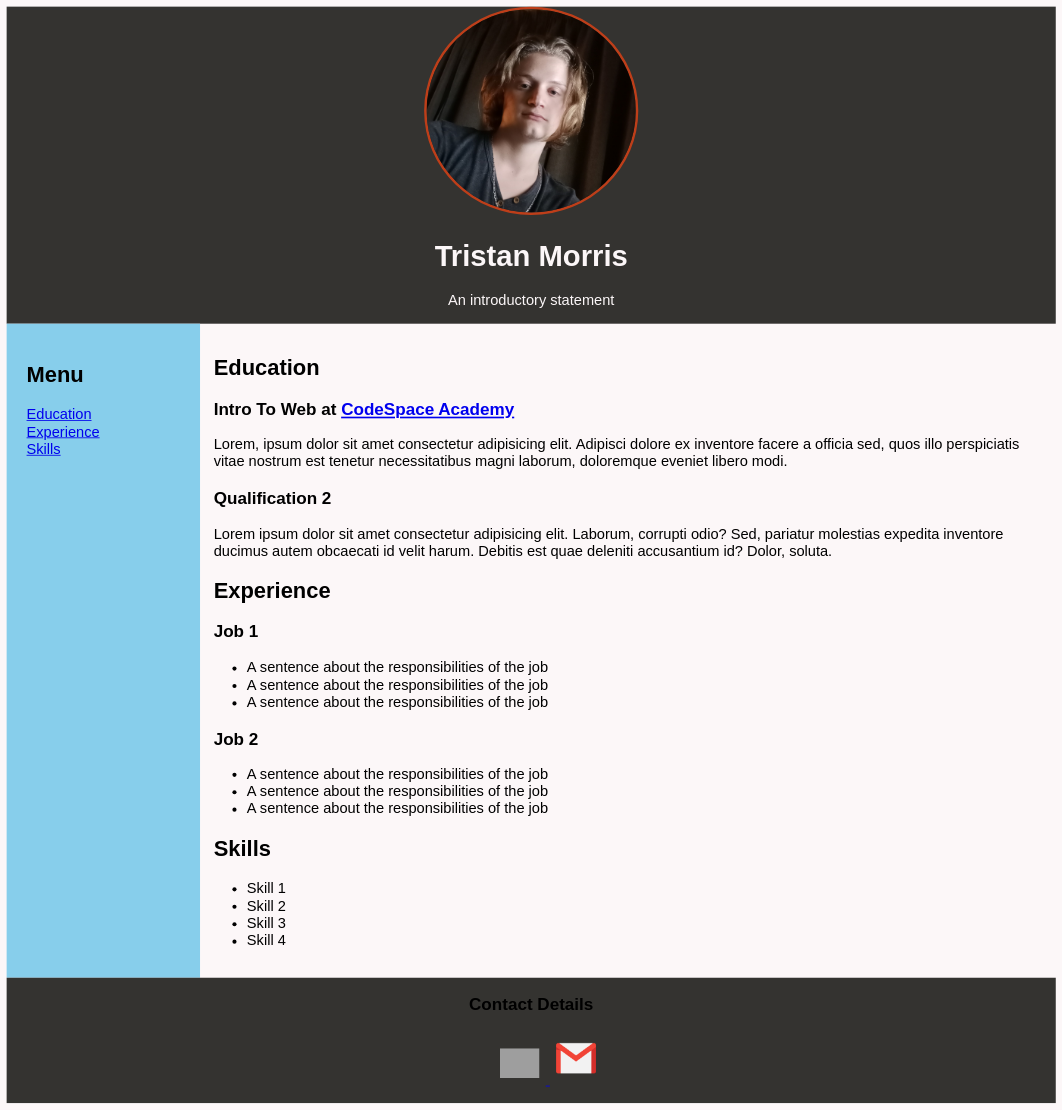
Repository: TristanKMorris/introToWebDesignAssignment
Page: resume1.html
An editor plug-in stored every save of this project. The page is shown before and after the next save, followed by the edit.
The browser window is 1280 px wide. The pictures show the whole page, at 83% of full size.
Pictures or frames that could not be fetched are drawn as grey boxes.

Above is the page before, as saved 2022-06-02 21:06:50.

After the next save:
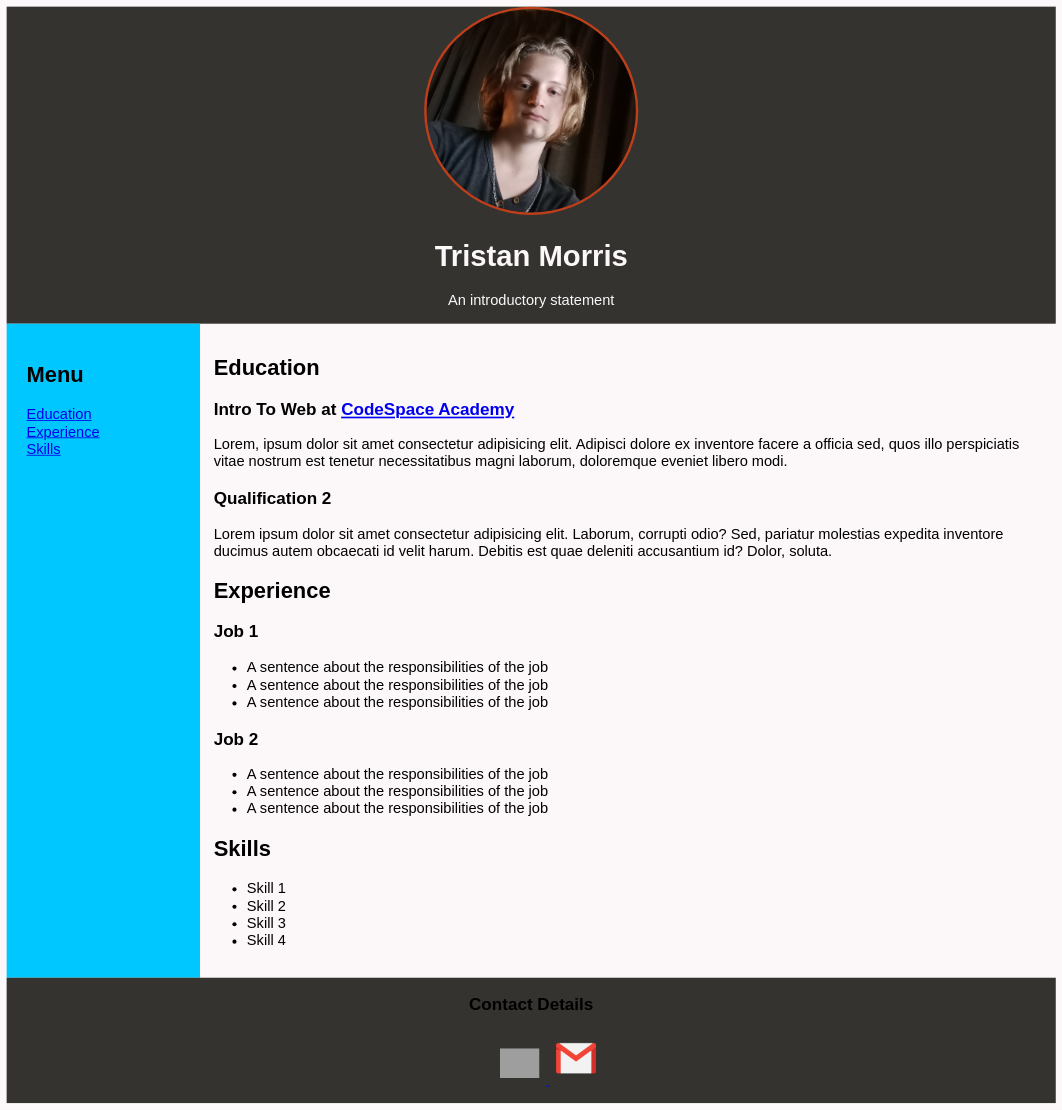
Saved 94 s later.
--- a/css/stylesheet.css
+++ b/css/stylesheet.css
@@ -36,7 +36,7 @@
 }
 #sidebar{
   width: 25%;
-  background-color: skyblue;
+  background-color: #00c7ff;
   padding: 1.5rem;
   color: black;
 }

After the save that followed:
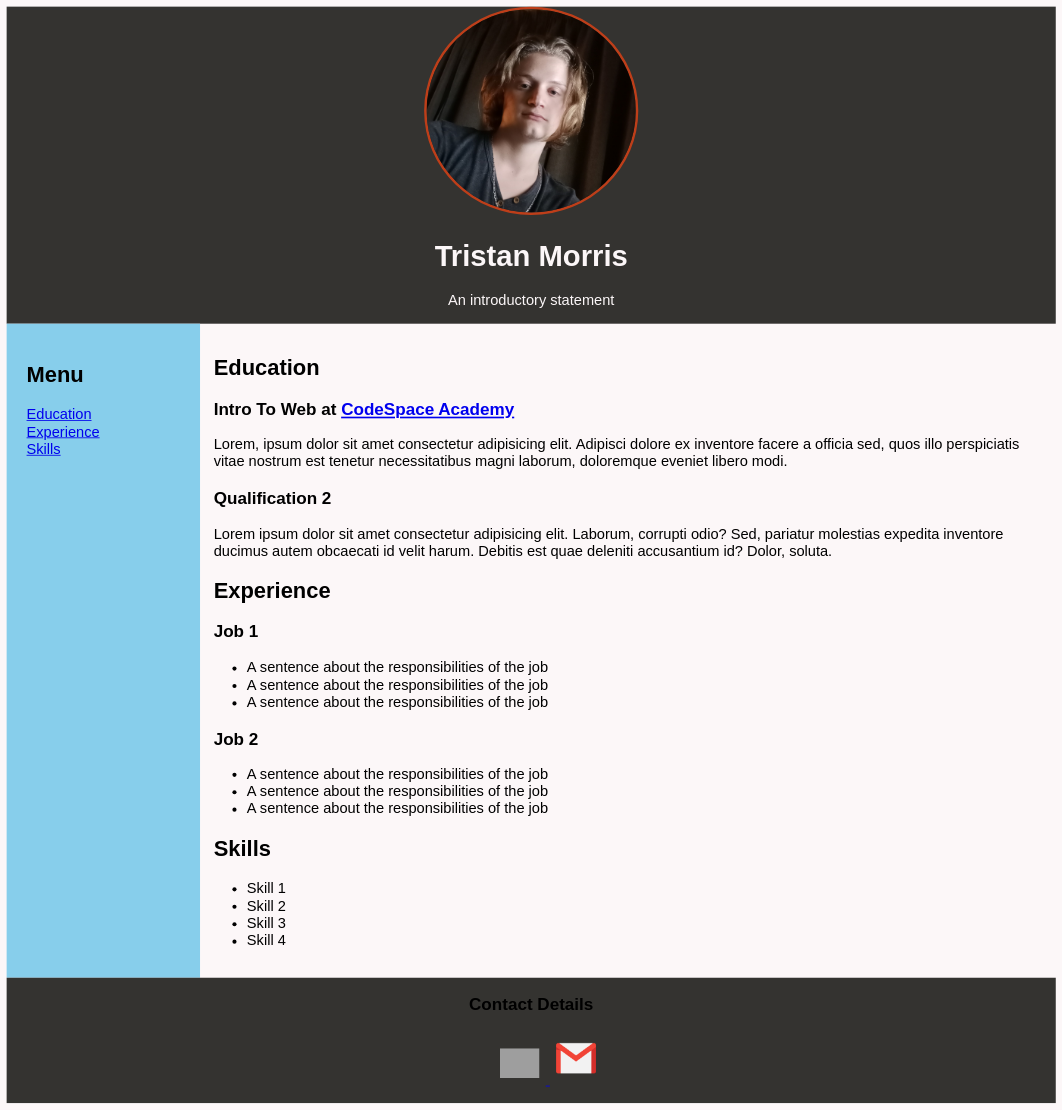
Saved 6 s later.
--- a/css/stylesheet.css
+++ b/css/stylesheet.css
@@ -36,7 +36,7 @@
 }
 #sidebar{
   width: 25%;
-  background-color: #00c7ff;
+  background-color: skyblue;
   padding: 1.5rem;
   color: black;
 }
